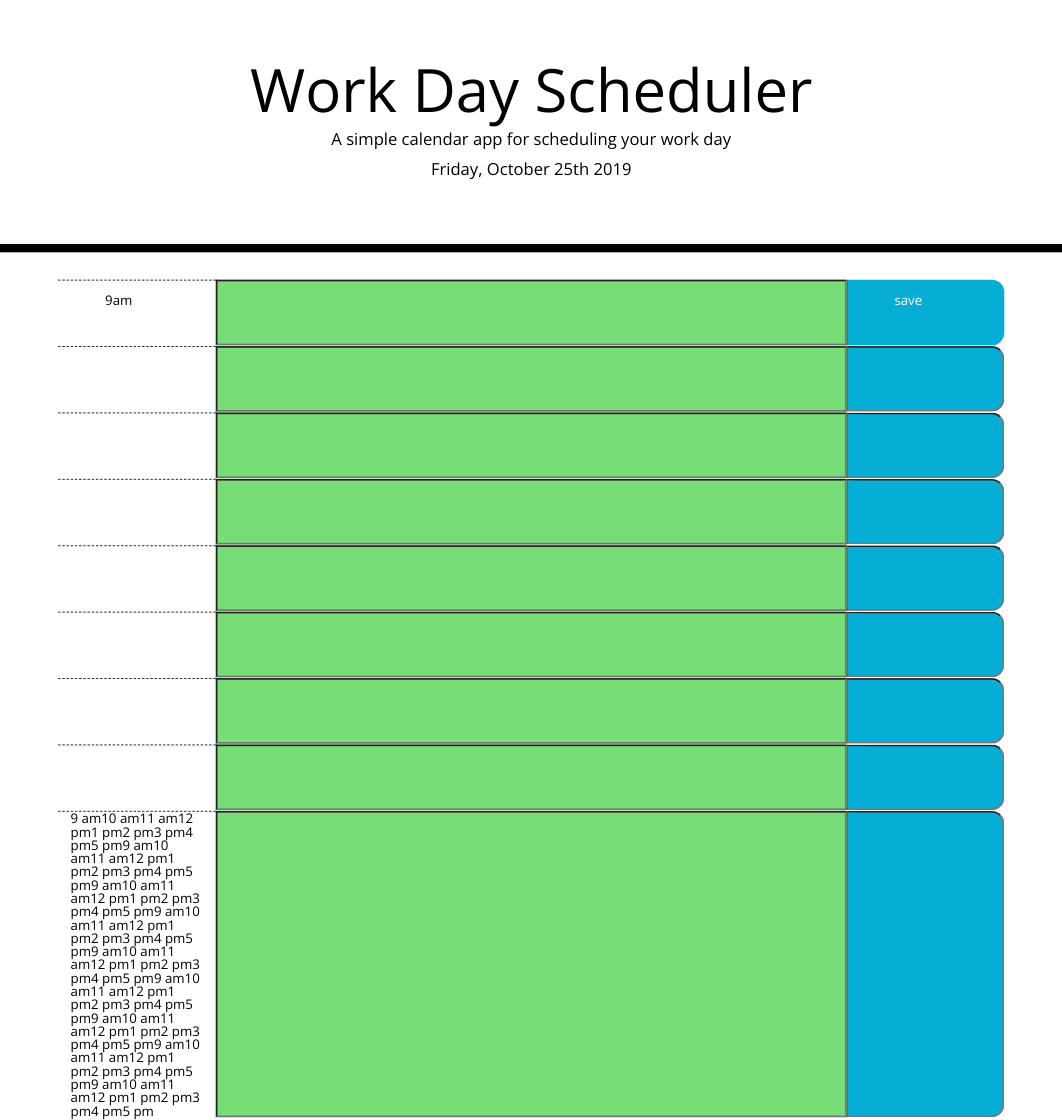
Repository: s88leigh/Day-Planner
Page: Develop/index.html
The author's editor kept a copy of each file at every save. The page is drawn from the files as they stood at one save, then again after the next save.
The browser window is 1280 px wide. The pictures show the whole page, at 83% of full size.
Some web libraries are served in a nearby version.

Above is the page before, as saved 2019-10-25 21:41:20.

After the next save:
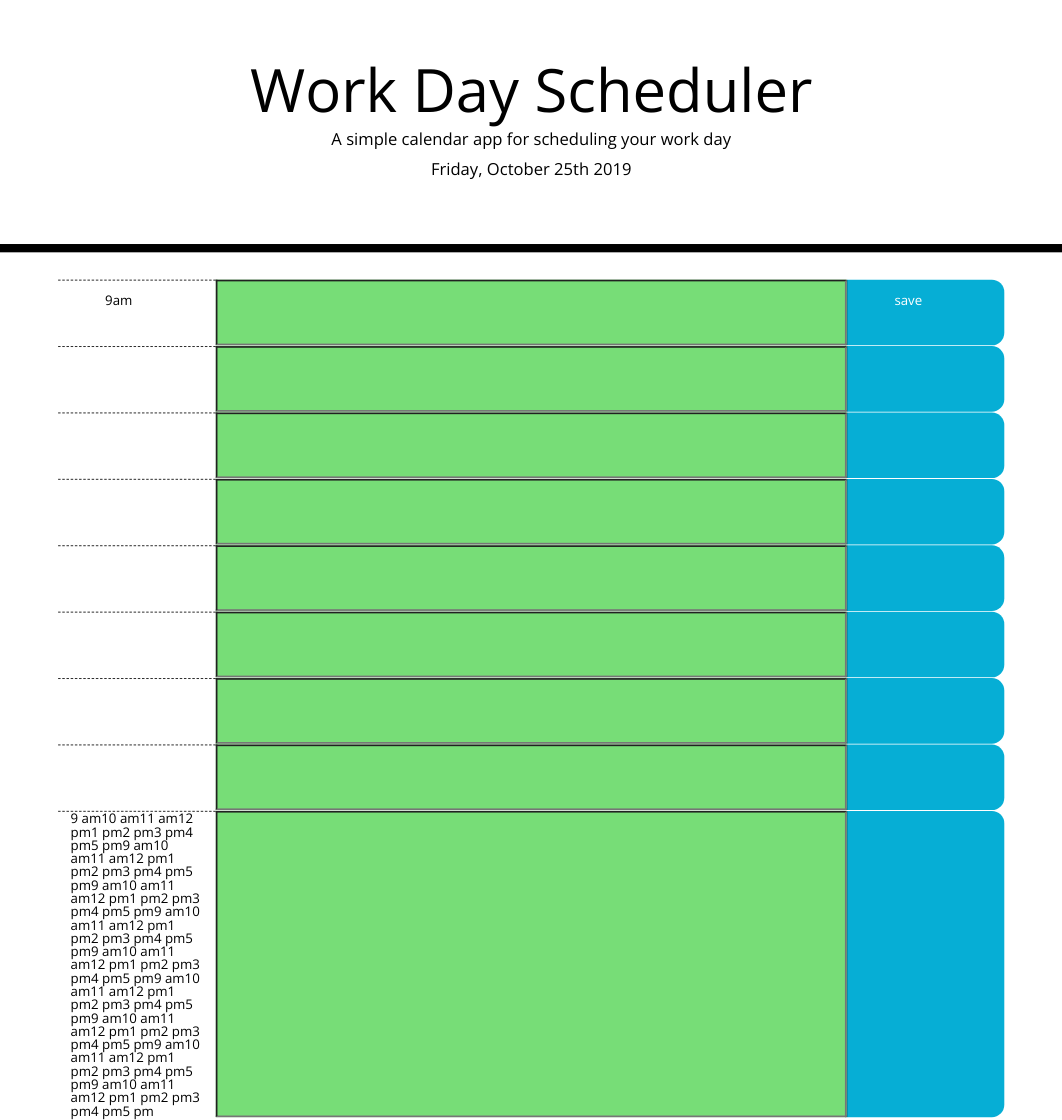
Saved 12 s later.
--- a/Develop/script.js
+++ b/Develop/script.js
@@ -16,7 +16,7 @@
 
 
 
-    saveButton = $("<input>");
+    saveButton = $("<div>");
     saveButton.addClass("col-2 saveBtn");
     saveButton.addClass("saveBtn i:hover");
 

After the 5 saves that followed:
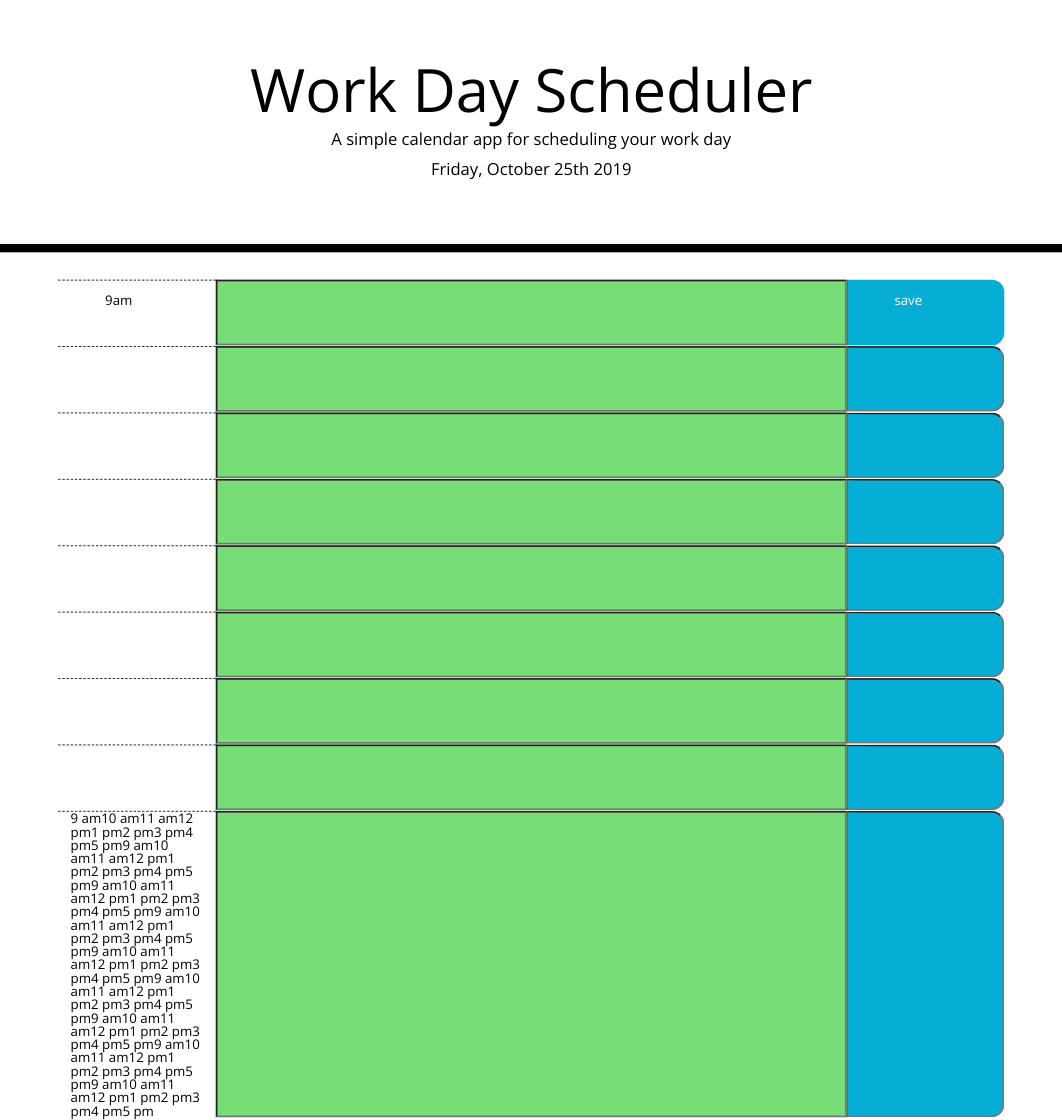
The 5 saves are shown as one change because 1 left the picture as it was and some came seconds apart.
The last was saved 6 min 12 s later.
--- a/Develop/script.js
+++ b/Develop/script.js
@@ -16,7 +16,7 @@
 
 
 
-    saveButton = $("<div>");
+    saveButton = $("<input>");
     saveButton.addClass("col-2 saveBtn");
     saveButton.addClass("saveBtn i:hover");
 
